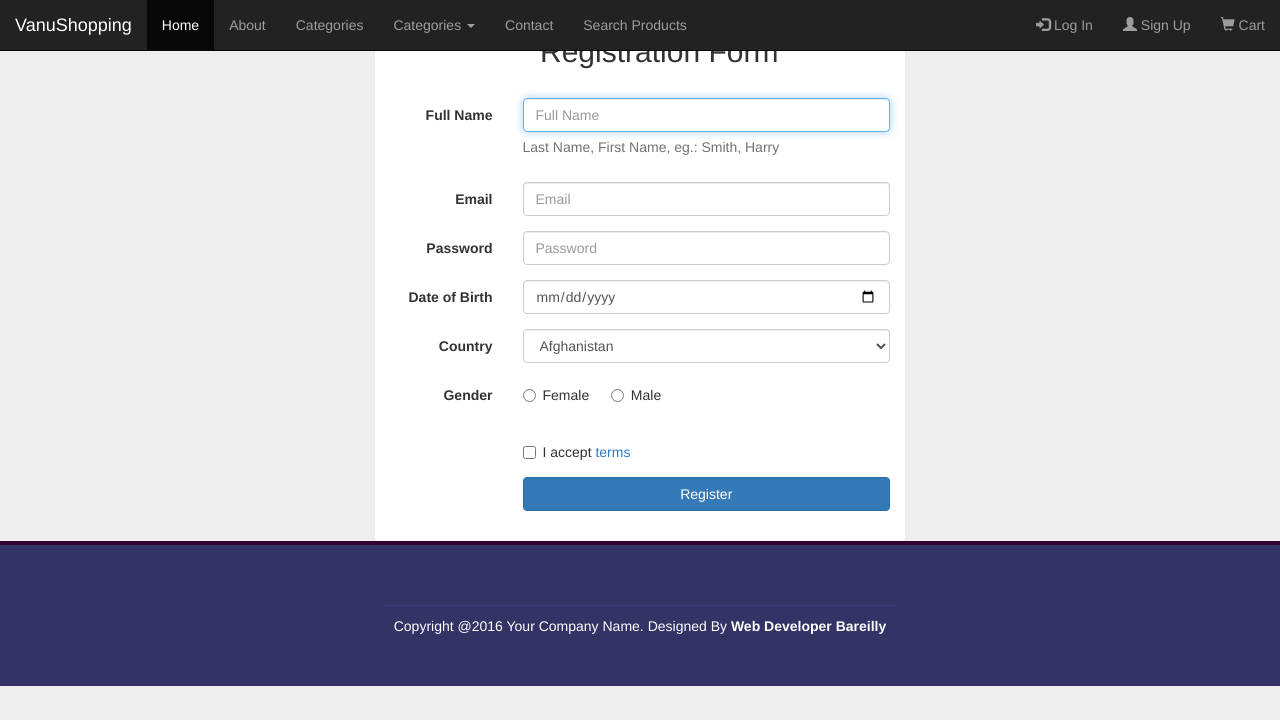
Repository: 31757/yash_webapp_01
Page: http://localhost/yash_webapp_01/WEB-INF/views/reg.jsp
An editor plug-in stored every save of this project. The page is shown before and after the next save, followed by the edit.
The browser window is 1280 px wide. The pictures show the whole page.
Some web libraries are served in a nearby version. The page is served by Tomcat 9. Nobody is signed in. Other server files are loaded and not shown. The template is opened directly, without the code that normally fills it, so the values that code supplies are empty.

Above is the page before, as saved 2016-10-23 11:20:32.

### DT/yash_webapp_01/src/main/webapp/WEB-INF/views/reg.jsp

<!DOCTYPE html>
<html lang="en">
<head>
    <meta charset="utf-8">
    <meta name="robots" content="noindex">

    <title>Bootstrap 3 registration form example - Bootsnipp.com</title>
        <meta name="viewport" content="width=device-width, initial-scale=1">
    <link href="//netdna.bootstrapcdn.com/bootstrap/3.2.0/css/bootstrap.min.css" rel="stylesheet" id="bootstrap-css">
    <style type="text/css">
    body {
    background-color: #eee;
}

*[role="form"] {
    max-width: 530px;
    padding: 15px;
    margin: 0 auto;
    background-color: #fff;
    border-radius: 0.3em;
}

*[role="form"] h2 {
    margin-left: 5em;
    margin-bottom: 1em;
}


    </style>
    <script src="//code.jquery.com/jquery-1.10.2.min.js"></script>
    <script src="//netdna.bootstrapcdn.com/bootstrap/3.2.0/js/bootstrap.min.js"></script>
    <script type="text/javascript">
        window.alert = function(){};
        var defaultCSS = document.getElementById('bootstrap-css');
        function changeCSS(css){
            if(css) $('head > link').filter(':first').replaceWith('<link rel="stylesheet" href="'+ css +'" type="text/css" />');
            else $('head > link').filter(':first').replaceWith(defaultCSS);
        }
        $( document ).ready(function() {
          var iframe_height = parseInt($('html').height());
          window.parent.postMessage( iframe_height, 'http://bootsnipp.com');
        });
    </script>
</head>
<body>
<jsp:include page="header.jsp" />
	<div class="container">
            <form class="form-horizontal" role="form">
                <h2>Registration Form</h2>
                <div class="form-group">
                    <label for="firstName" class="col-sm-3 control-label">Full Name</label>
                    <div class="col-sm-9">
                        <input type="text" id="firstName" placeholder="Full Name" class="form-control" autofocus>
                        <span class="help-block">Last Name, First Name, eg.: Smith, Harry</span>
                    </div>
                </div>
                <div class="form-group">
                    <label for="email" class="col-sm-3 control-label">Email</label>
                    <div class="col-sm-9">
                        <input type="email" id="email" placeholder="Email" class="form-control">
                    </div>
                </div>
                <div class="form-group">
                    <label for="password" class="col-sm-3 control-label">Password</label>
                    <div class="col-sm-9">
                        <input type="password" id="password" placeholder="Password" class="form-control">
                    </div>
                </div>
                <div class="form-group">
                    <label for="birthDate" class="col-sm-3 control-label">Date of Birth</label>
                    <div class="col-sm-9">
                        <input type="date" id="birthDate" class="form-control">
                    </div>
                </div>
                <div class="form-group">
                    <label for="country" class="col-sm-3 control-label">Country</label>
                    <div class="col-sm-9">
                        <select id="country" class="form-control">
                            <option>Afghanistan</option>
                            <option>Bahamas</option>
                            <option>Cambodia</option>
                            <option>Denmark</option>
                            <option>Ecuador</option>
                            <option>Fiji</option>
                            <option>Gabon</option>
                            <option>Haiti</option>
                        </select>
                    </div>
                </div> <!-- /.form-group -->
                <div class="form-group">
                    <label class="control-label col-sm-3">Gender</label>
                    <div class="col-sm-6">
                        <div class="row">
                            <div class="col-sm-4">
                                <label class="radio-inline">
                                    <input type="radio" id="femaleRadio" value="Female">Female
                                </label>
                            </div>
                            <div class="col-sm-4">
                                <label class="radio-inline">
                                    <input type="radio" id="maleRadio" value="Male">Male
                                </label>
                            </div>
                           </div>
                    </div>
                </div> <!-- /.form-group -->
                <div class="form-group">

                </div> <!-- /.form-group -->
                <div class="form-group">
                    <div class="col-sm-9 col-sm-offset-3">
                        <div class="checkbox">
                            <label>
                                <input type="checkbox">I accept <a href="#">terms</a>
                            </label>
                        </div>
                    </div>
                </div> <!-- /.form-group -->
                <div class="form-group">
                    <div class="col-sm-9 col-sm-offset-3">
                        <button type="submit" class="btn btn-primary btn-block">Register</button>
                    </div>
                </div>
            </form> <!-- /form -->
        </div> <!-- ./container -->
	<script type="text/javascript">

	</script>
<jsp:include page="footer.jsp" />
</body>
</html>

### DT/yash_webapp_01/src/main/webapp/WEB-INF/views/header.jsp
<%@ taglib prefix="c" uri="http://java.sun.com/jsp/jstl/core"%>
<%@ taglib prefix="sec"
	uri="http://www.springframework.org/security/tags"%>
<nav class="navbar navbar-inverse navbar-fixed-top">

	<div class="container-fluid">
		<div class="navbar-header">
			<a class="navbar-brand" href="#">VanuShopping</a>
		</div>
		<ul class="nav navbar-nav">
			<li class="active"><a href="<c:url value="/index"/>">Home</a></li>
			<li><a href="<c:url value="/about"/>">About</a></li>
			<li><a href="<c:url value="/Product"/>">Categories</a></li>
			<li class="dropdown">
        <a class="dropdown-toggle" data-toggle="dropdown" href="#">Categories
        <span class="caret"></span></a>
        <ul class="dropdown-menu">
          <li><a href="#">Mobile</a></li>
          <li><a href="#">TV</a></li>
          <li><a href="#">Refrigerator</a></li>
          <li><a href="#">Laptop</a></li>
          <li><a href="#">Computer</a></li>
          <li><a href="#">Washing Machine</a></li>
          <li><a href="#">Refrigerator</a></li>
          <li><a href="#">Home Appliance</a></li>
          <li><a href="#">Music Player</a></li>
        </ul>
			<li><a href="<c:url value="/contact"/>">Contact</a></li>
			<li><a href="<c:url value="/viewdetails"/>">Search Products</a></li>

		</ul>
		<ul class="nav navbar-nav navbar-right">
<sec:authorize access="isAnonymous()">
			<li><a href="<c:url value="/login"/>"><span
					class="glyphicon glyphicon-log-in"></span> Log In</a></li>
			<li><a href="<c:url value="/reg/new"/>"><span
					class="glyphicon glyphicon-user"></span> Sign Up</a></li>
			<li><a href="<c:url value="/cart/cartview"/>"><span
					class="glyphicon glyphicon-shopping-cart"></span> Cart</a></li>

</sec:authorize>
			<sec:authorize access="hasRole('ROLE_ADMIN')">
				<li><a href="<c:url value="/logout"/>"><span
						class="glyphicon glyphicon-log-in"></span> Log Out</a></li>
						<li><a href="<c:url value="/pro/view"/>">Admin</a></li>
			</sec:authorize>

			<sec:authorize access="hasRole('ROLE_USER')">
				<li><a href="<c:url value="/index"/>"><span
						class="glyphicon glyphicon-log-in"></span> Log Out</a></li>
				<li><a href="<c:url value="/cart/cartview"/>"><span
						class="glyphicon glyphicon-shopping-cart"></span> Cart</a></li>
			</sec:authorize>
		</ul>
	</div>
</nav>

### DT/yash_webapp_01/src/main/webapp/WEB-INF/views/footer.jsp
<style>
#footer{background:#336; padding-top:30px; padding-bottom:30px; text-align:center; border-top:solid 4px #303}
#footer p{padding:10px; color:#fff}
.dont-remove{color:#fff !important; text-decoration:none !important; font-weight:700}
.rights{display:inline-block; border-top:solid 1px rgba(103, 58, 183, 0.3)}

</style>
<footer id="footer">
<div class="container">
        <p class="social"><a href=""><i class="fa fa-facebook"></i></a> <a href=""><i class="fa fa-twitter"></i></a> <a href=""><i class="fa fa-linkedin"></i></a> <a href=""><i class="fa fa-google-plus"></i></a></p>

<p class="rights">Copyright @2016 Your Company Name. Designed By <!-- dont remove link --><a class="dont-remove" href="http://webdeveloperbareilly.in" target="_blank">Web Developer Bareilly</a></p>


</div>
</footer>

After the next save:
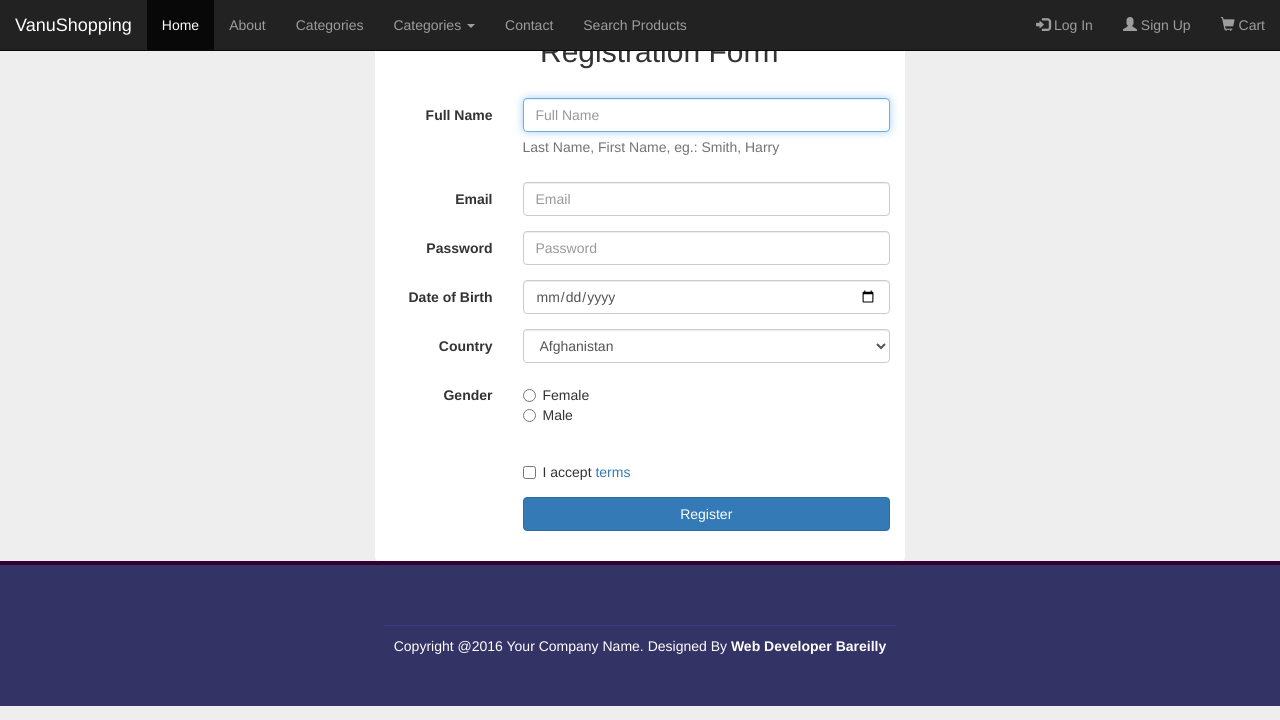
Saved 59 s later.
--- a/DT/yash_webapp_01/src/main/webapp/WEB-INF/views/reg.jsp
+++ b/DT/yash_webapp_01/src/main/webapp/WEB-INF/views/reg.jsp
@@ -95,10 +95,7 @@
                             <div class="col-sm-4">
                                 <label class="radio-inline">
                                     <input type="radio" id="femaleRadio" value="Female">Female
-                                </label>
-                            </div>
-                            <div class="col-sm-4">
-                                <label class="radio-inline">
+
                                     <input type="radio" id="maleRadio" value="Male">Male
                                 </label>
                             </div>
